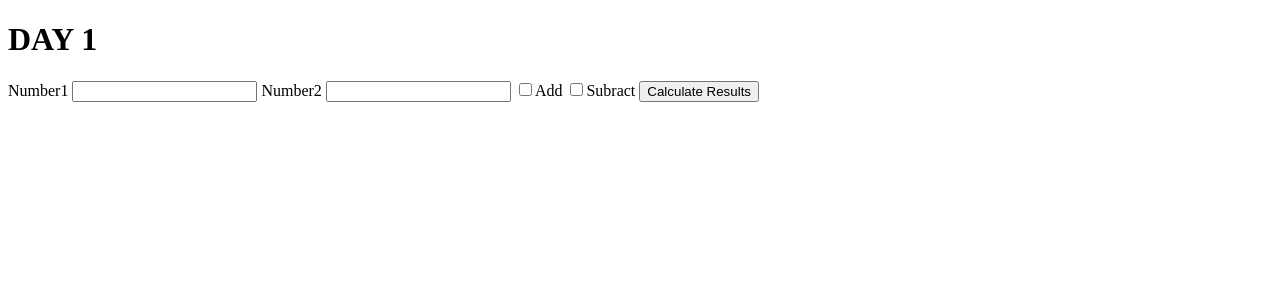
Repository: Padminivittal/Padmini-MWB
Page: MWB Day1/WebContent/Lab1.html
These files come from the project's save history. The page is drawn as it stood at one moment and after the next save; the edit follows.
The browser window is 1280 px wide. The pictures show the whole page.

Above is the page before, as saved 2012-07-20 06:28:23.

After the next save:
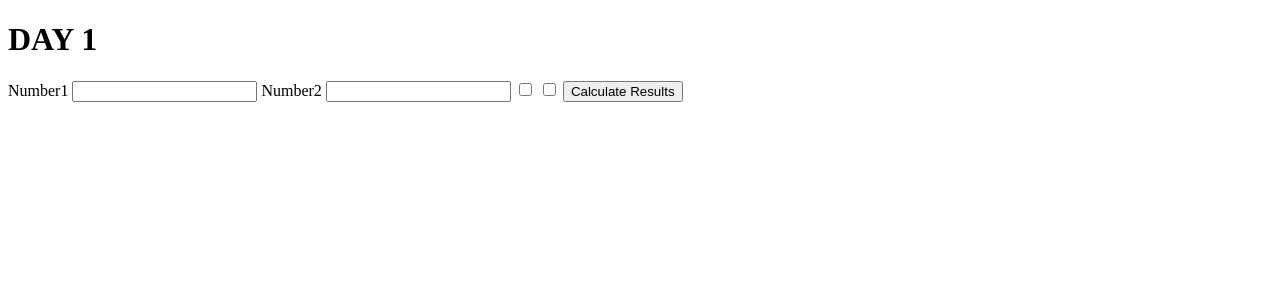
Saved 6 min 39 s later.
--- a/MWB Day1/WebContent/Lab1.html
+++ b/MWB Day1/WebContent/Lab1.html
@@ -51,7 +51,9 @@ function calculate()
 }
 function doOperation(operation)
 {
-	operation();
+	var num1 =document.getElementById("number1");
+	var num2 =document.getElementById("number2");
+	operation(num1.value,num2.value);
 	};
 </script>
 <title>MWB DAY 1</title>
@@ -62,8 +64,11 @@ function doOperation(operation)
 <input type="number" id="number1"/>
 <label for="number2" >Number2 </label>
 <input type="number" id="number2"/>
-<input type="checkbox" id="add" onchange="addOperations()">Add</input>
-<input type="checkbox" id="subract" onchange="addOperations()">Subract</input>
+<input type="checkbox" id="add" onchange="addOperations()" value="Add"/>
+<input type="checkbox" id="subract" onchange="addOperations()" value="Subract"/>
 <input type="submit"id="calculate"  onclick="calculate()" value="Calculate Results" /></input>
+<div id="results">
+
+</div>
 </body>
 </html>
